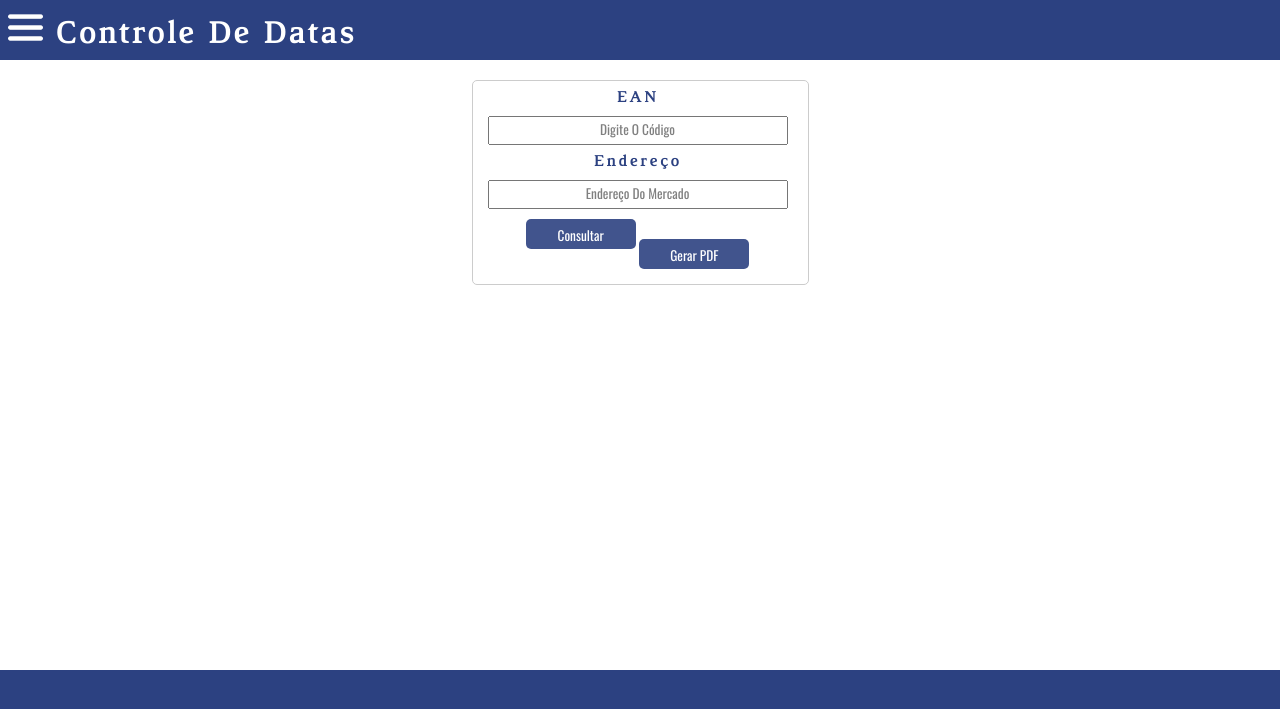
Repository: alfredo-allan/ControleDeDatasFrontEnd
Page: pages/buscaavancada.html
An editor plug-in stored every save of this project. The page is shown before and after the next save, followed by the edit.
The browser window is 1280 px wide. The pictures show the whole page.

Above is the page before, as saved 2024-04-24 16:26:09.
Console error: TypeError: Cannot read properties of null (reading 'addEventListener')

### pages/buscaavancada.html
<!DOCTYPE html>
<html lang="pt-BR">
  <head>
    <meta charset="UTF-8" />
    <meta name="viewport" content="width=device-width, initial-scale=1.0" />
    <link rel="stylesheet" href="../style/style.css" />
    <link rel="preconnect" href="https://fonts.googleapis.com" />
    <link rel="preconnect" href="https://fonts.gstatic.com" crossorigin />
    <link
      href="https://fonts.googleapis.com/css2?family=Oswald:wght@200..700&display=swap"
      rel="stylesheet"
    />
    <title>Controle de Datas</title>
  </head>
  <body>
    <div class="header">
      <div id="menu-icon">
        <img id="icon-menu" src="../images/barra-de-menu.png" alt="" />
      </div>
      <div id="titulo">
        <h1>Controle De Datas</h1>
      </div>
      <div id="menu-options">
        <ul>
          <!-- <img id="usuario" src="./images/usuario-exemplo.jpg" alt="" /> -->
          <a href="../index.html"><li>Pagina Inicial</li></a>
          <a href="cadastro.html"><li>Cadastar Datas</li></a>
          <a href="listagem.html"><li>Listagem</li></a>
        </ul>
      </div>
    </div>
    <div id="form">
      <div class="column">
        <span>EAN</span>
        <input
          type="text"
          id="ean"
          placeholder="Digite O Código"
        />

        <span>Endereço</span>
        <input
          type="text"
          id="endereco-cliente"
          placeholder="Endereço Do Mercado"
        />
        <div id="btns">
          <button id="consulta-btn">Consultar Datas</button>
          <button id="gerar-pdf-btn">Gerar PDF</button>
        </div>
      </div>
    </div>
    <div id="data-list"></div>
    <div class="footer"></div>
  </body>
  <script>
    document
      .getElementById("consulta-btn")
      .addEventListener("click", function () {
        const nomeCliente = document.getElementById("nome-cliente").value;
        const enderecoCliente =
          document.getElementById("endereco-cliente").value;

        fetch("https://v1controledatas.pythonanywhere.com/dados")
          .then((response) => response.json())
          .then((data) => {
            const dataList = document.getElementById("data-list");
            dataList.innerHTML = "";
            data.forEach((item) => {
              if (
                item.nomeCliente === nomeCliente &&
                item.enderecoCliente === enderecoCliente
              ) {
                const listItem = document.createElement("li");
                listItem.innerHTML = `
              <span class="name" >Nome do Promotor: </span> <span class="item" id="promotor" style="color:rgb(56, 56, 56);">${item.nomePromotor}</span><br>
              <span class="name" >Nome do Cliente: </span><span class="item">${item.nomeCliente}</span><br>
              <span class="name" >Endereço do Cliente: </span><span class="item">${item.enderecoCliente}</span><br>
              <span class="name" >EAN: </span><span class="item">${item.ean}</span><br>
              <span class="name" >Descrição do Produto: </span><span class="item">${item.descricaoProduto}</span><br>
              <span class="name" >Data de Vencimento: </span><span class="item">${item.dataVencimento}</span><br>
              <span class="name" >Quantidade de Produtos: </span><span class="item">${item.quantidadeProdutos}</span><br>
            `;
                dataList.appendChild(listItem);
              }
            });
          })
          .catch((error) => console.error("Erro ao buscar dados:", error));
      });
  </script>
  <!-- <script src="https://cdnjs.cloudflare.com/ajax/libs/jspdf/2.4.0/jspdf.umd.min.js"></script> -->
  <script src="../js/script.js"></script>
</html>

### style/style.css
:root {
  --cor-azul: rgb(44, 65, 129);
  --oswald-font: "Oswald", sans-serif;
  --luthier-font: "Luthier";
}

body {
  font-family: var(--oswald-font);
}

@font-face {
  font-family: "Luthier";
  src: url("../fonts/LuthierFF/Luthier-Regular.ttf") format("truetype");
  /* Adicione mais formatos (e.g. woff, woff2) conforme necessário */
}

#titulo h1 {
  font-family: var(--luthier-font);
  letter-spacing: 3px;
  font-weight: 900;
  color: white;
  margin-top: -30px;
  margin-left: 55px;
}

.column {
  display: flex;
  flex-direction: column;
  align-items: center;
  padding: 10px 20px 15px 15px;
  border: 1px solid #ccc;
  border-radius: 5px;
  width: 300px;
  margin: 0 auto;
  span {
    font-weight: 900;
    font-family: var(--luthier-font);
    letter-spacing: 3px;
    margin-bottom: 10px;
    color: var(--cor-azul);
  }
}

#logo img {
  margin-top: 200px;
  width: 250px;
  margin-left: 50px;
}

#logo {
  h1 {
    text-align: center;
    text-wrap: nowrap;
    font-size: 25px;
    font-family: var(--oswald-font);
    font-weight: 900;
    letter-spacing: 2px;
    color: var(--cor-azul);
  }
}

#form {
  margin-top: 80px;
}

input {
  margin-bottom: 5px;
  padding: 5px;
  width: 100%;
  box-sizing: border-box;
  font-weight: 600;
  margin-bottom: 10px;
}

input::placeholder {
  text-align: center;
  color: gray;
  font-family: var(--oswald-font);
  font-weight: 400;
}

input:focus {
  outline-color: var(--cor-azul); /* Altere a cor aqui */
}

.header {
  position: fixed;
  top: 0;
  left: 0;
  width: 100%;
  height: 60px;
  background-color: var(--cor-azul);
}

#icon-menu {
  width: 35px;
  margin-top: 10px;
  z-index: 1;
  margin-left: 8px;
  cursor: pointer;
}

#menu-options ul {
  list-style: none;
  padding: 0;
  margin-left: 5px;
  font-size: 20px;
  font-weight: 500;
  text-wrap: nowrap;
  font-family: var(--oswald-font);
}

#menu-options ul li {
  padding: 10px;
  letter-spacing: 2px;
  cursor: pointer;
}

a {
  text-decoration: none; /* Remove sublinhado */
  color: inherit; /* Mantém a cor padrão do texto */
  /* Adicione quaisquer outros estilos desejados para o link */
}

#menu-options {
  display: none;
  position: absolute;
  top: 0;
  left: 0;
  margin-top: 60px;
  width: 50%;
  height: 20vh;
  border-bottom-right-radius: 15px;
  background-color: var(--cor-azul);
  color: white;
  font-family: var(--oswald-font);
  font-weight: 900;
}

button {
  text-align: center;
  width: 110px;
  height: 30px;
  padding: 6px 30px;
  background-color: rgba(44, 65, 129, 0.897);
  border-radius: 5px;
  color: white;
  border: none;
  border-radius: 5px;
  cursor: pointer;
  font-family: var(--oswald-font);
}

button:focus {
  outline: 2px solid var(--cor-azul);
}

.footer {
  position: fixed;
  left: 0;
  bottom: 0;
  width: 100%;
  height: 50px;
  background-color: var(--cor-azul);
}

.footer img {
  width: 45px;
  margin-top: 2px;
  cursor: pointer;
  margin-left: 10px;
}

#autocomplete-list-id {
  background-color: #f1f1f1;
  border: 1px solid #d4d4d4;
  color: var(--cor-azul);
  border-top: none;
  max-height: 200px;
  overflow-y: auto;
  position: absolute;
  z-index: 999;
  margin-top: -10px;
  margin-left: 60px;
}

.autocomplete-items div {
  padding: 10px;
  cursor: pointer;
  background-color: #fff;
  border-bottom: 1px solid #d4d4d4;
}

.autocomplete-items div:hover {
  background-color: #e9e9e9;
}

.autocomplete-items div strong {
  font-weight: bold;
}

#data-list {
  margin: 0 auto;
  left: 50%;
  transform: translateX(-50%);
  margin: 0 auto;
  left: 50%;
  top: 50%;
  transform: translate(-50%, -50%);
  /* border: 1px solid var(--cor-azul); */
  color: var(--cor-azul);
  border-radius: 5px;
  max-height: 330px;
  overflow-y: auto;
  position: absolute;
  z-index: 999;
  margin-top: 110px;
  margin-left: 0px;
  width: 336px;
  list-style: none;
  .name {
    font-family: var(--oswald-font);
    font-weight: 900;
    font-size: 17px;
  }
  .item {
    font-family: var(--oswald-font);
    font-weight: 500;
    font-size: 15;
    color: black;
  }
}

#promotor {
  line-height: 60px;
}

#data-list {
  /* Estilos do elemento #data-list */
  /* Defina outras propriedades conforme necessário */

  scrollbar-color: var(--cor-azul) var(--cor-azul); /* Cor da barra de rolagem e do fundo da barra */
}

#data-list::-webkit-scrollbar {
  width: 10px; /* Largura da barra de rolagem */
}

#data-list::-webkit-scrollbar-thumb {
  background-color: white; /* Cor da barra de rolagem */
  border-radius: 5px; /* Raio de borda da barra de rolagem */
}

#texto-descritivo {
  text-align: justify;
  margin-top: 200px;
  position: fixed;
  font-family: var(--luthier-font);
  letter-spacing: 3px;
  line-height: 2;
  margin-right: 8px;
  font-weight: 900;
  color: var(--cor-azul);

}

### js/script.js
document.addEventListener("DOMContentLoaded", function () {
  carregarDados();

  document
    .getElementById("data-vencimento")
    .addEventListener("input", formatarData);

  document.getElementById("ean").addEventListener("input", function () {
    var eanSelecionado = document.getElementById("ean").value;
    preencherDescricaoPorEAN(eanSelecionado);
  });
});

function formatarData() {
  let inputData = document.getElementById("data-vencimento").value;

  let dataFormatada = inputData.replace(/^(\d{2})(\d{2})(\d{2})$/, "$1/$2/$3");

  document.getElementById("data-vencimento").value = dataFormatada;
}

function preencherDescricaoPorEAN(ean) {
  fetch("../frutap.json")
    .then((response) => response.json())
    .then((data) => {
      const mercados = data.mercados;

      for (let mercado of mercados) {
        const produto = mercado.produtos.find(
          (produto) => produto.codigoEAN === ean
        );
        if (produto) {
          document.getElementById("descricao-produto").value =
            produto.descricao;
          return; // Encerra o loop assim que encontrar o produto correspondente
        }
      }

      // Se não encontrou nenhum produto com o código EAN correspondente
      document.getElementById("descricao-produto").value =
        "Produto não encontrado";
    })
    .catch((error) => {
      console.error("Erro ao carregar os dados do arquivo JSON:", error);
    });
}

function carregarDados() {
  fetch("../frutap.json")
    .then((response) => {
      if (response.ok) {
        return response.json();
      } else {
        throw new Error("Erro ao carregar os dados");
      }
    })
    .then((data) => {
      if (data && data.mercados) {
        const mercados = data.mercados.map((mercado) => mercado.nome);
        const codigosEAN = data.mercados.map((mercado) => mercado.codigoEAN);
        const enderecos = data.mercados.map((mercado) => mercado.endereco);

        autocomplete(document.getElementById("nome-cliente"), mercados, data);
        autocomplete(document.getElementById("ean"), codigosEAN);
        autocomplete(
          document.getElementById("endereco-cliente"),
          enderecos,
          data
        );
      } else {
        console.error("Formato de dados inválido");
      }
    })
    .catch((error) => {
      console.error("Erro ao carregar os dados do arquivo JSON:", error);
    });
}
function autocomplete(inp, arr, data) {
  var currentFocus;

  inp.addEventListener("input", function (e) {
    var a,
      b,
      i,
      val = this.value;
    closeAllLists();
    if (!val) {
      return false;
    }
    currentFocus = -1;
    a = document.createElement("DIV");
    a.setAttribute("id", "autocomplete-list-id");
    a.setAttribute("class", "autocomplete-items");
    this.parentNode.appendChild(a);
    for (i = 0; i < arr.length; i++) {
      if (
        arr[i] &&
        arr[i].substr(0, val.length).toUpperCase() == val.toUpperCase()
      ) {
        b = document.createElement("DIV");
        b.innerHTML = "<strong>" + arr[i].substr(0, val.length) + "</strong>";
        b.innerHTML += arr[i].substr(val.length);
        b.innerHTML += "<input type='hidden' value='" + arr[i] + "'>";
        b.addEventListener("click", function (e) {
          inp.value = this.getElementsByTagName("input")[0].value;
          closeAllLists();
          // Preencher o campo de Endereço do mercado ao selecionar o nome do mercado
          var selectedMarket = this.getElementsByTagName("input")[0].value;
          var mercadoSelecionado = data.mercados.find(
            (mercado) => mercado.nome === selectedMarket
          );
          if (mercadoSelecionado) {
            var enderecoCompleto =
              mercadoSelecionado.endereco.rua +
              ", " +
              mercadoSelecionado.endereco.bairro +
              ", " +
              mercadoSelecionado.endereco.cidade +
              ", " +
              mercadoSelecionado.endereco.estado;
            document.getElementById("endereco-cliente").value =
              enderecoCompleto;
          }
        });
        a.appendChild(b);
      }
    }
  });

  function closeAllLists(elmnt) {
    var x = document.getElementsByClassName("autocomplete-items");
    for (var i = 0; i < x.length; i++) {
      if (elmnt != x[i] && elmnt != inp) {
        x[i].parentNode.removeChild(x[i]);
      }
    }
  }

  document.addEventListener("click", function (e) {
    closeAllLists(e.target);
  });
}

const menuIcon = document.getElementById("menu-icon");
const menuOptions = document.getElementById("menu-options");

menuIcon.addEventListener("click", function () {
  if (menuOptions.style.display === "none") {
    menuOptions.style.display = "block";
  } else {
    menuOptions.style.display = "none";
  }
});

document.getElementById("btn-salvar").addEventListener("click", function () {
  const nomePromotor = document.getElementById("nome-promotor").value;
  const nomeCliente = document.getElementById("nome-cliente").value;
  const enderecoCliente = document.getElementById("endereco-cliente").value;
  const ean = document.getElementById("ean").value;
  const descricaoProduto = document.getElementById("descricao-produto").value;
  const dataVencimento = document.getElementById("data-vencimento").value;
  const quantidadeProdutos = document.getElementById(
    "quantidade-produtos"
  ).value;

  fetch("https://v1controledatas.pythonanywhere.com/salvar-dados", {
    method: "POST",
    headers: {
      "Content-Type": "application/json",
    },
    body: JSON.stringify({
      nomePromotor: nomePromotor,
      nomeCliente: nomeCliente,
      enderecoCliente: enderecoCliente,
      ean: ean,
      descricaoProduto: descricaoProduto,
      dataVencimento: dataVencimento,
      quantidadeProdutos: quantidadeProdutos,
    }),
  })
    .then((response) => {
      if (response.ok) {
        alert("Dados salvos com sucesso!");
      } else {
        throw new Error("Erro ao salvar os dados");
      }
    })
    .catch((error) => {
      console.error("Erro ao salvar os dados:", error);
    });
});

Loaded but not shown: frutap.json (447 lines, source omitted)

After the next save:
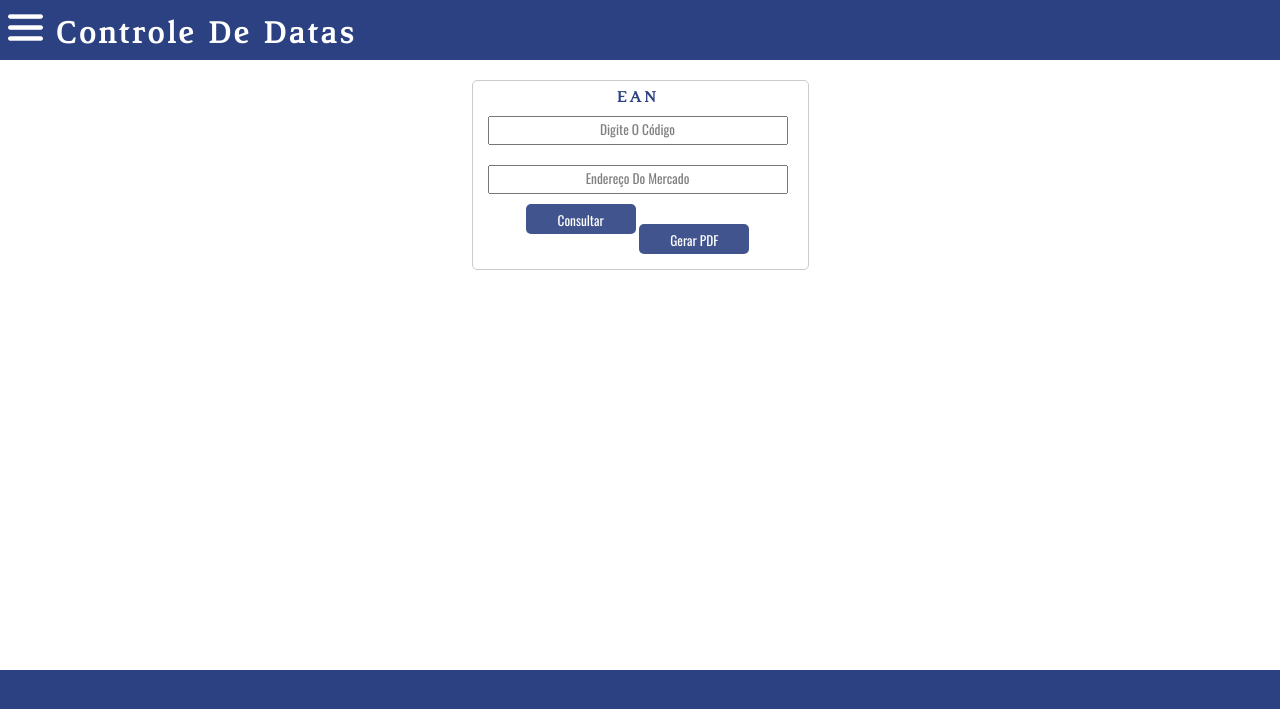
Saved 10 s later.
--- a/pages/buscaavancada.html
+++ b/pages/buscaavancada.html
@@ -38,7 +38,7 @@
           placeholder="Digite O Código"
         />
 
-        <span>Endereço</span>
+        <span></span>
         <input
           type="text"
           id="endereco-cliente"
